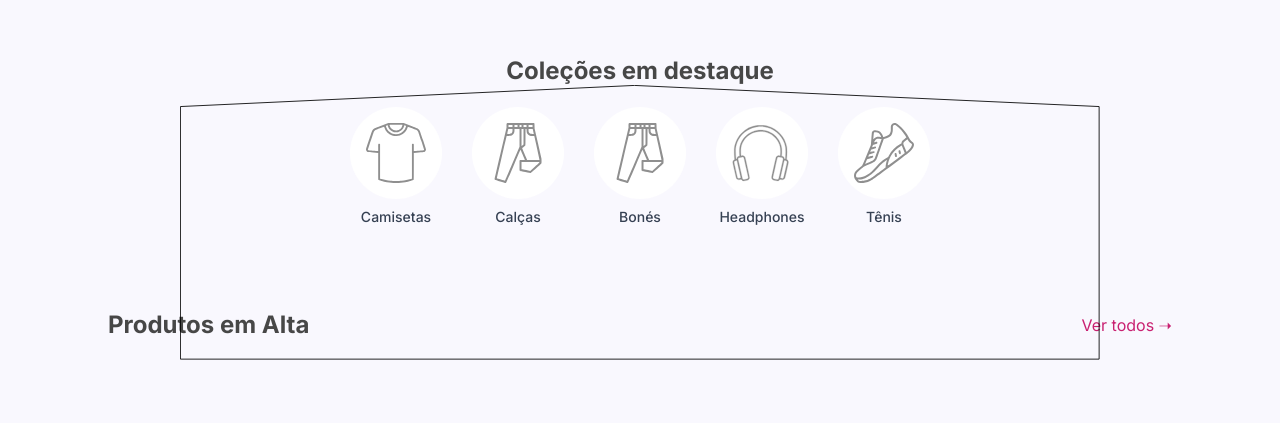
Repository: gimoli/loja-digital
Page: index.html
An editor plug-in stored every save of this project. The page is shown before and after a run of saves, followed by the edit.
The browser window is 1280 px wide. The pictures show the part of the page from y = 1287 to 1958 px (the page is 1710 px tall before and 1958 px after).

Above is the page before, as saved 2025-04-25 15:34:19.

After the next 3 saves:
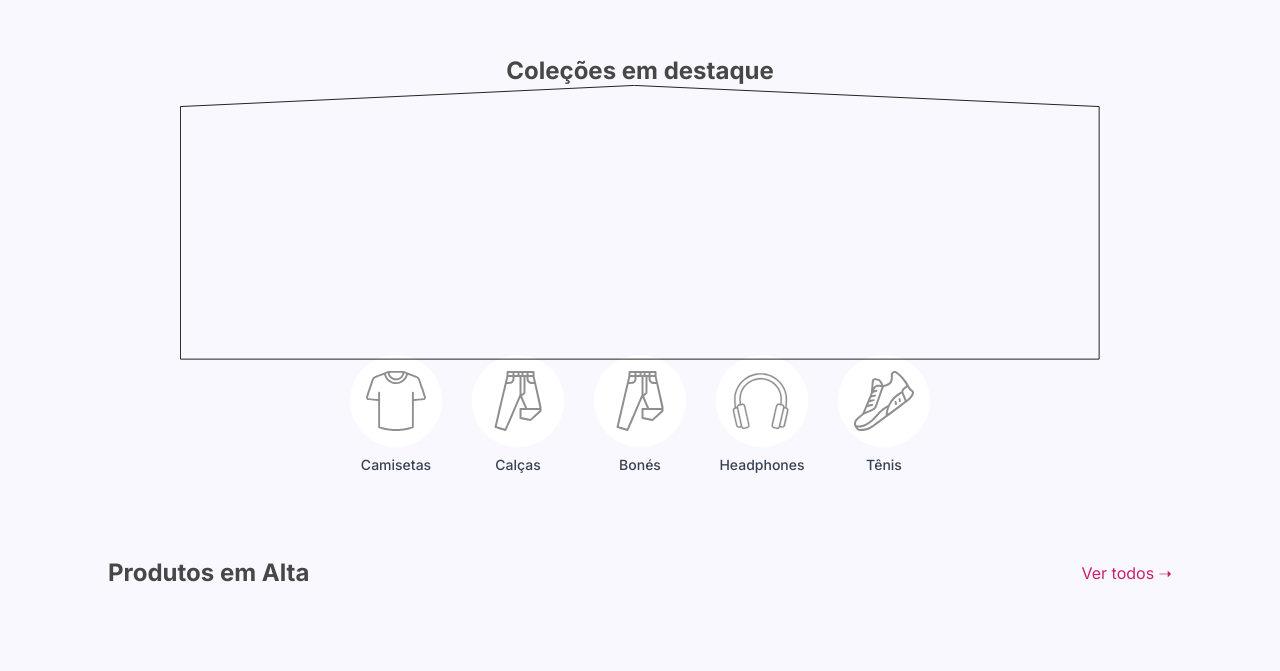
The 3 saves are shown as one change because they came seconds apart.
The last was saved 45 s later.
--- a/index.html
+++ b/index.html
@@ -129,7 +129,7 @@
 
         <div class="flex flex-col gap-20 relative">
             <img src="/assets/borda.svg" alt="foto da borda" class="absolute left-0 top-10 " />
-            <h4 class="text-(--dark-gray-2) font-bold text-2xl text-center py-[10px]">
+            <h4 class="text-(--dark-gray-2) font-bold text-2xl text-center py-[10px] h-[300px]">
                 Coleções em destaque
             </h4>
         </div>

After the 2 saves that followed:
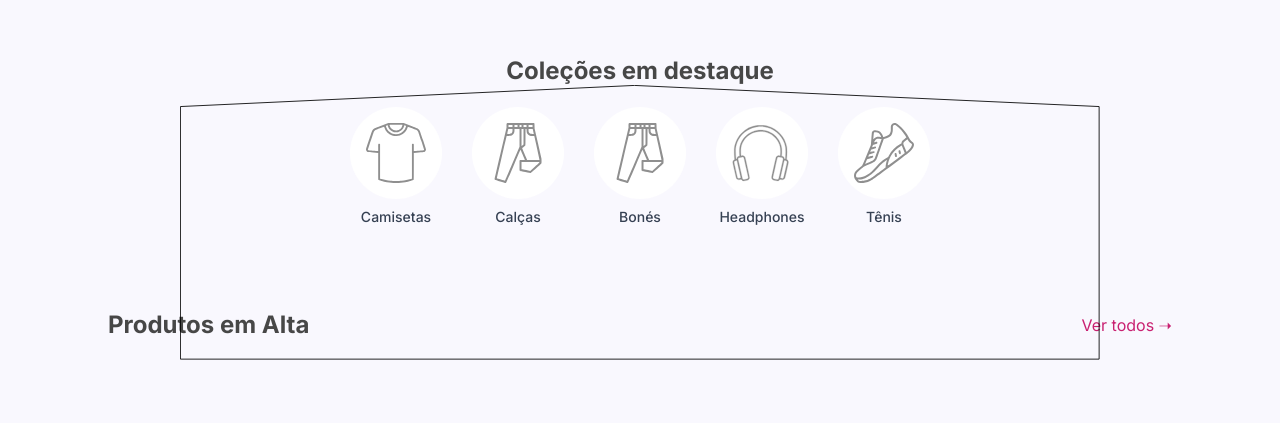
The 2 saves are shown as one change because they came seconds apart.
The last was saved 48 s later.
--- a/index.html
+++ b/index.html
@@ -129,7 +129,7 @@
 
         <div class="flex flex-col gap-20 relative">
             <img src="/assets/borda.svg" alt="foto da borda" class="absolute left-0 top-10 " />
-            <h4 class="text-(--dark-gray-2) font-bold text-2xl text-center py-[10px] h-[300px]">
+            <h4 class="text-(--dark-gray-2) font-bold text-2xl text-center py-[10px]">
                 Coleções em destaque
             </h4>
         </div>
